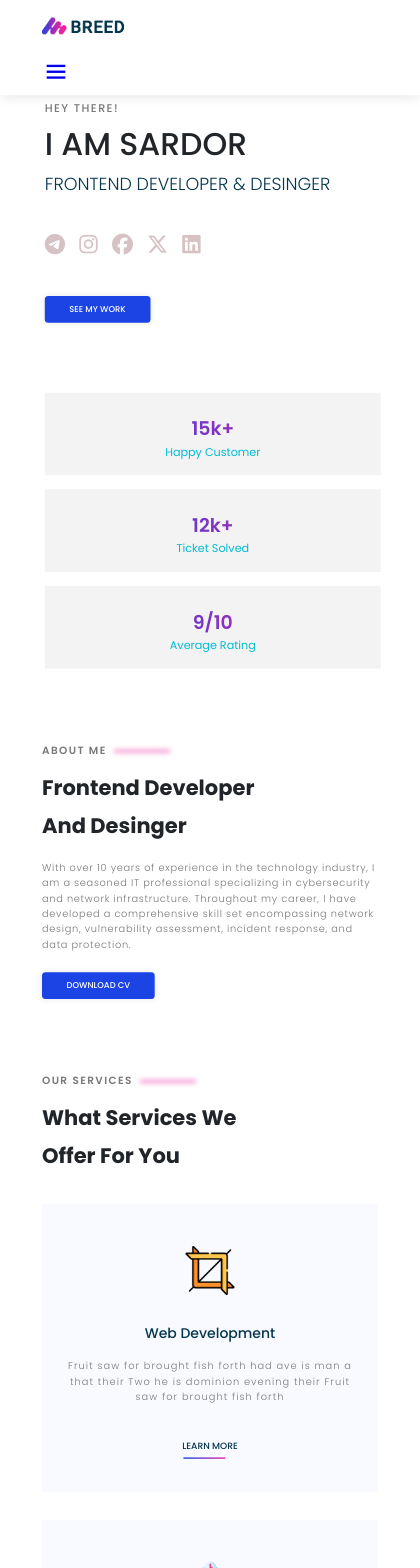
Repository: whoami2991/Sardorbek-Portfolio---Home
Page: index.html
These files come from the project's save history. The page is drawn as it stood at one moment and after the next save; the edit follows.
The browser window is 600 px wide. The pictures show the part of the page from y = 0 to 2240 px (the page is 9666 px tall), at 70% of full size.

Above is the page before, as saved 2024-08-04 22:45:20.

After the next save:
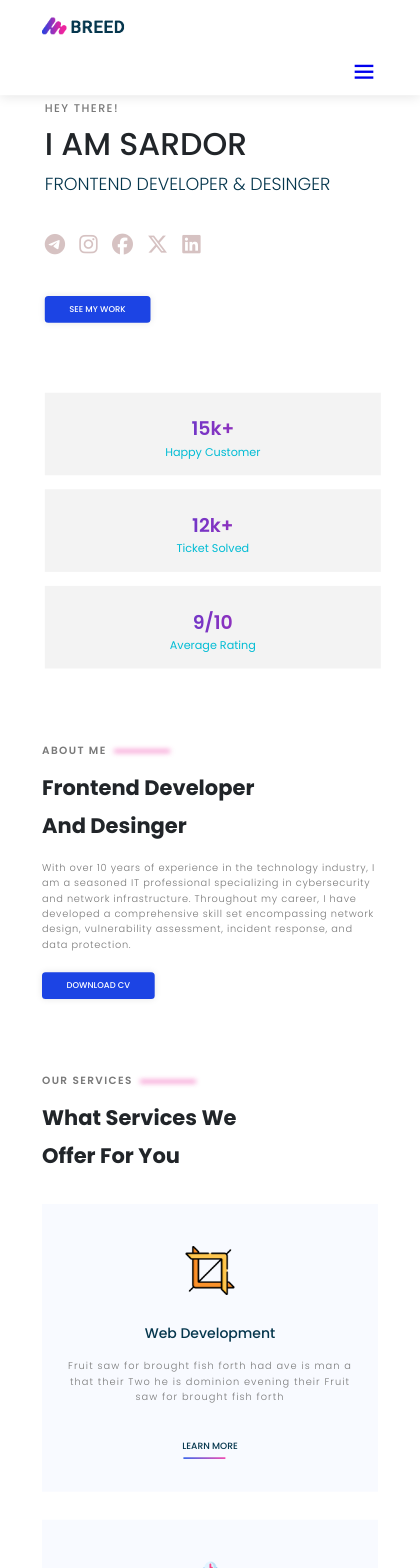
Saved 21 s later.
--- a/shared.css
+++ b/shared.css
@@ -188,6 +188,7 @@ body{
         display: flex;
         font-size: 40px;
         right: 10px;
+        justify-content: end;
     }
     .button{
         padding: 10px 35px;
